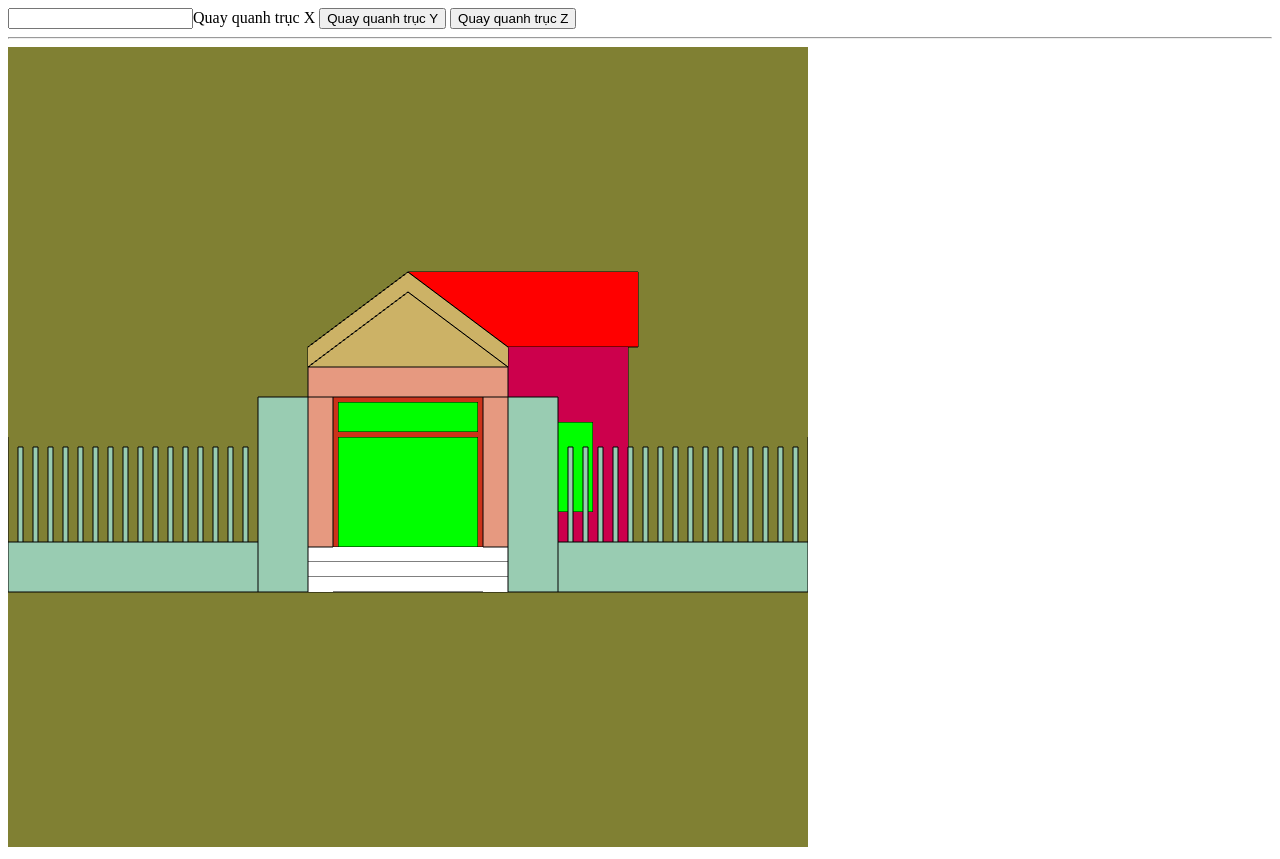
Repository: JoinGame-A36664/Build-House-WebGL
Page: index.html
The author's editor kept a copy of each file at every save. The page is drawn from the files as they stood at one save, then again after the next save.
The browser window is 1280 px wide. The pictures show the whole page.

Above is the page before, as saved 2021-10-24 23:33:04.
Console error: ReferenceError: program is not defined

After the next save:
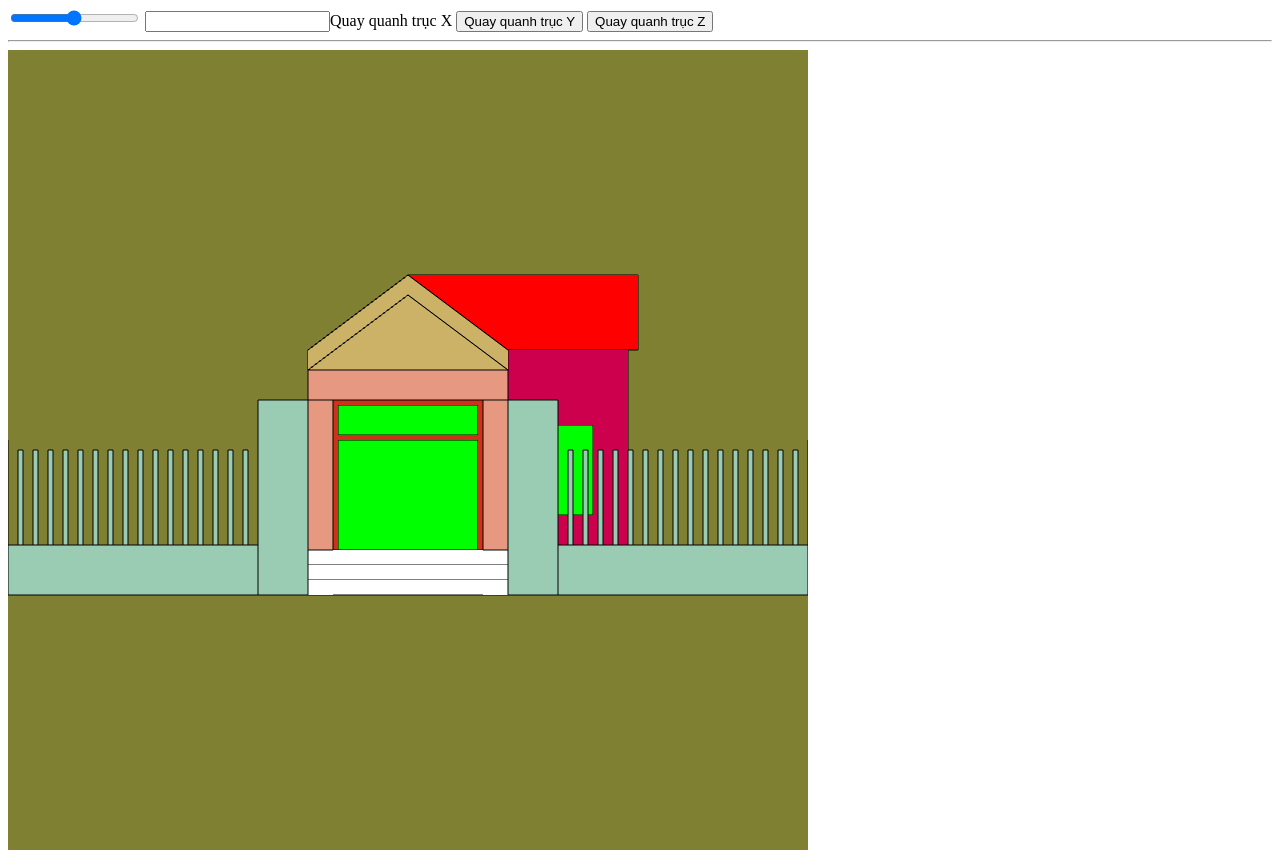
Saved 42 s later.
--- a/index.html
+++ b/index.html
@@ -68,6 +68,7 @@
 	<script type="text/javascript" src="Bietthu1.js"></script>
 
 	<body>
+                     <input type="range" min="1" max="100" value="50" class="slider" id="myRange">
 		<input  id="angle_x">Quay quanh trục X</input>
 		<button id="angle_y">Quay quanh trục Y</button>
 		<button id="angle_z">Quay quanh trục Z</button>
